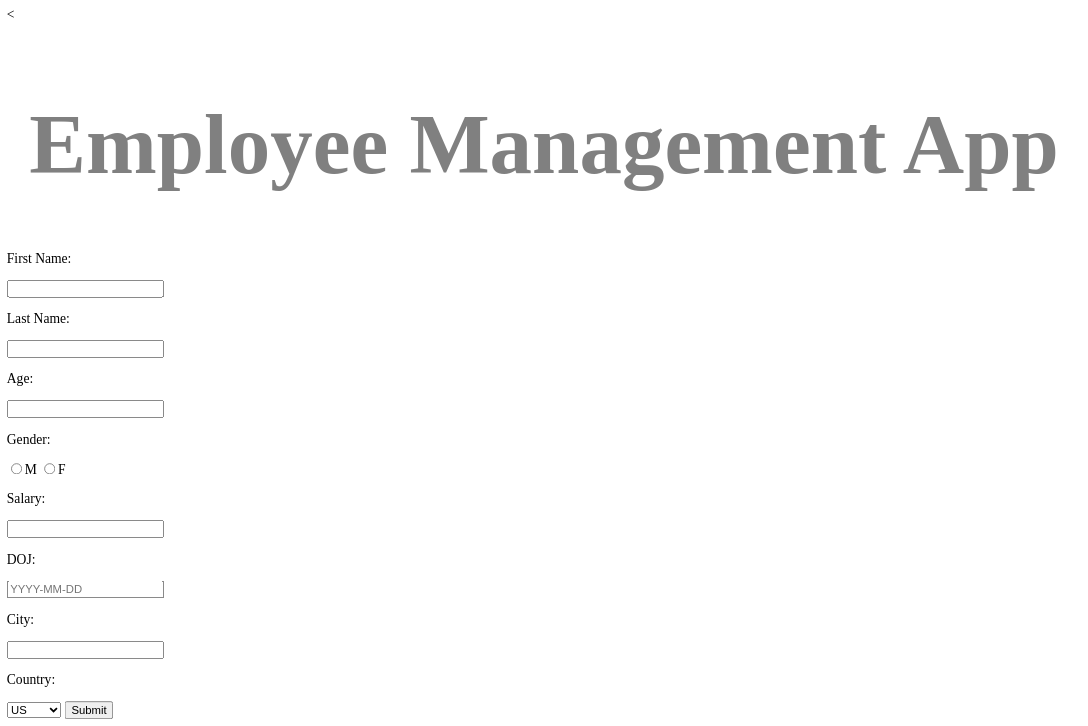
Repository: SaumyaGuptaTechnokrat/Employee_management
Page: http://localhost/Employee/index.jsp
An editor plug-in stored every save of this project. The page is shown before and after the next save, followed by the edit.
The browser window is 1280 px wide. The pictures show the whole page, at 85% of full size.
The page is served by Tomcat 9. Other server files are loaded and not shown.

Above is the page before, as saved 2023-02-10 17:27:35.

### Employee/src/main/webapp/index.jsp
<%@ page language="java" contentType="text/html; charset=ISO-8859-1"
    pageEncoding="ISO-8859-1"%>
<!DOCTYPE html>
<html>
<head>
<meta charset="ISO-8859-1">
<title>Insert title here</title>
<
</head>
<body>
<h1 style="text-align:center;padding-top:20px;color:gray;font-size:100px;">Employee Management App</h1>
<div style="margin:auto;">
<form action="addRecord.jsp" method="post" >

		<p>First Name:</p><input name="fName" type="text"><br>
		<p>Last Name:</p><input name="lName" type="text"><br>
		<p>Age:</p><input name="age" type="number"><br>
		<p>Gender:</p><input name="Gender" type="radio" value="Male">M
		<input type="radio" name="Gender" value="Female">F<br>
		<p>Salary:</p><input name="salary" type="text"><br>
		<p>DOJ:</p><input name="Doj" placeholder="YYYY-MM-DD" type="text"><br>
		<p>City:</p><input name="City" type="text"><br>
		<p>Country:</p><select name="Country">
		<option value="US">US<option/>
		<option value="US">INDIA<option/>
		<option value="US">UK<option/>
		<option value="US">JAPAN<option/>
		</select>
		<input type="button" value="Submit">
</form>
	</div>

</body>
</html>

After the next save:
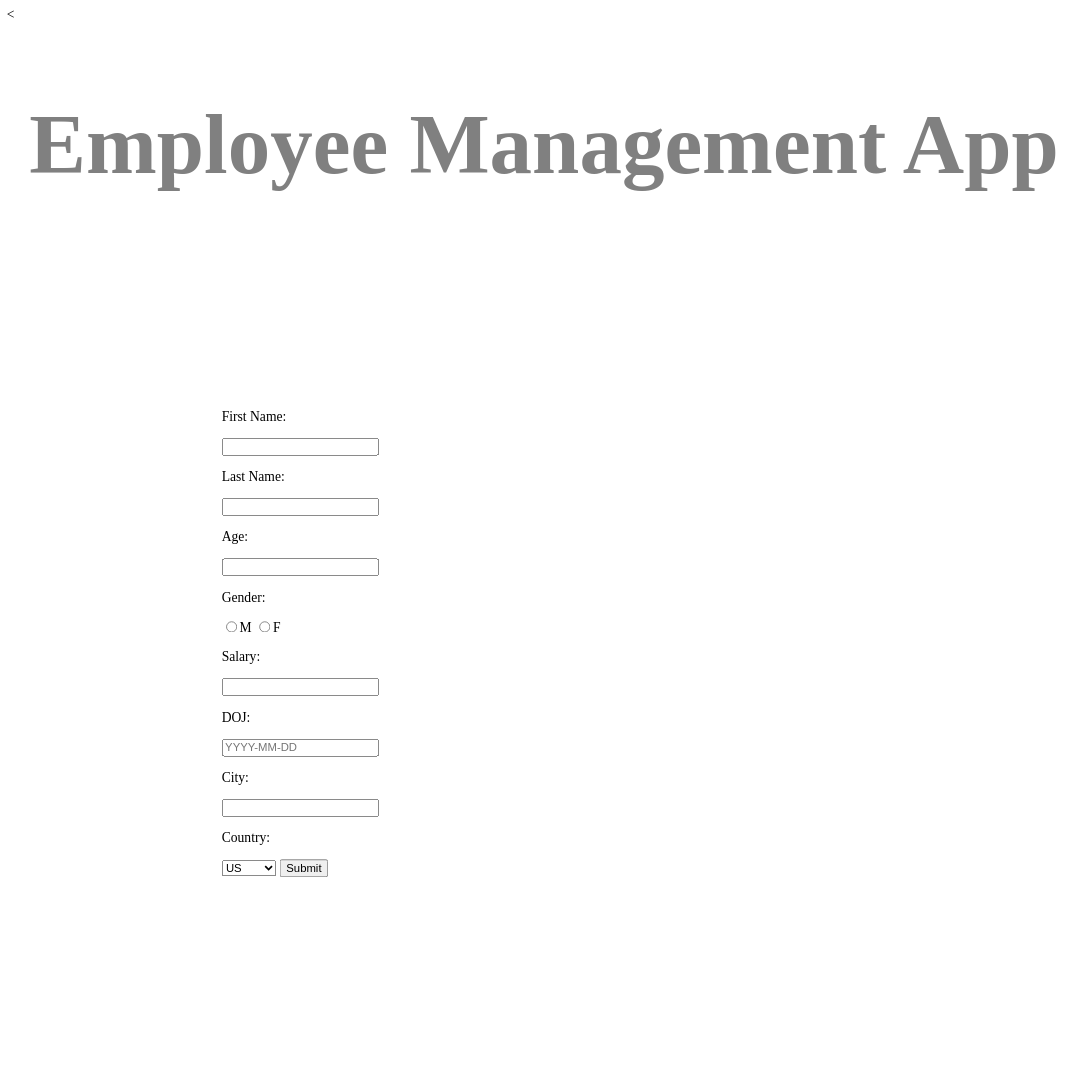
Saved 15 s later.
--- a/Employee/src/main/webapp/index.jsp
+++ b/Employee/src/main/webapp/index.jsp
@@ -9,7 +9,7 @@
 </head>
 <body>
 <h1 style="text-align:center;padding-top:20px;color:gray;font-size:100px;">Employee Management App</h1>
-<div style="margin:auto;">
+<div style="margin:20%;">
 <form action="addRecord.jsp" method="post" >
 
 		<p>First Name:</p><input name="fName" type="text"><br>
